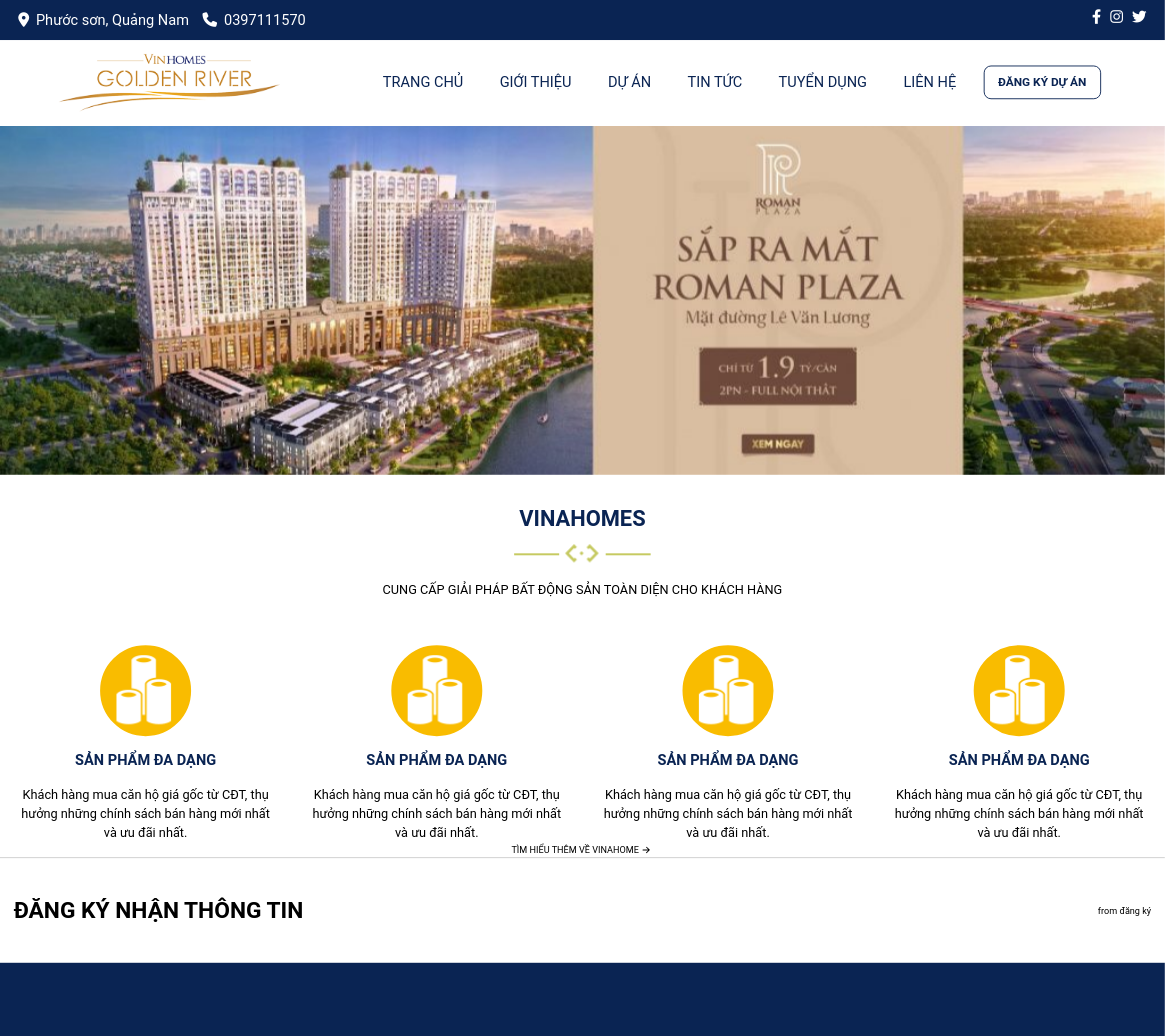
Repository: phamphuc2/fontend-bds
Page: index.html
An editor plug-in stored every save of this project. The page is shown before and after the next save, followed by the edit.
The browser window is 1280 px wide. The pictures show the part of the page from y = 0 to 1138 px (the page is 1601 px tall before and 1620 px after), at 91% of full size.
A picture or video elsewhere on the page could not be fetched, so the positions and the page height are approximate. Some web libraries are served in a nearby version.

Above is the page before, as saved 2022-06-08 15:28:29.

### index.html
<!DOCTYPE html>
<html lang="en">

<head>
    <meta charset="UTF-8">
    <meta http-equiv="X-UA-Compatible" content="IE=edge">
    <meta name="viewport" content="width=device-width, initial-scale=1.0">
    <title>BDS</title>
    <!-- linl css -->
    <link rel="stylesheet" href="libs/slick/slick.css">
    <link rel="stylesheet" href="libs/slick/slick-theme.css">
    <link rel="stylesheet" href="./assets/css/bootstrap.css">
    <link rel="stylesheet" href="./assets/css/theme.css">
    <link rel="stylesheet " href="./style.css ">
    <!-- link thư viện -->
    <link rel="stylesheet " href="https://cdnjs.cloudflare.com/ajax/libs/font-awesome/6.1.1/css/all.min.css ">
    <!-- link font -->
    <link rel="preconnect" href="https://fonts.googleapis.com">
    <link rel="preconnect" href="https://fonts.gstatic.com" crossorigin>
    <link href="https://fonts.googleapis.com/css2?family=Roboto+Flex:opsz,wght@8..144,200;8..144,300;8..144,400;8..144,500;8..144,600;8..144,700;8..144,800;8..144,900&display=swap" rel="stylesheet">
</head>

<body>
    <!-- Header -->
    <header class="header">
        <div class="header-top">
            <div class="container">
                <div class="inner">
                    <div class="box-left">
                        <div class="map">
                            <i class="fa-solid fa-location-dot"></i>
                            <span>Phước sơn, Quảng Nam</span>
                        </div>
                        <div class="phone">
                            <i class="fa-solid fa-phone"></i>
                            <span>0397111570</span>
                        </div>
                    </div>
                    <div class="box-right">
                        <ul class="list-info">
                            <li class="item">
                                <a href="">
                                    <i class="fa-brands fa-facebook-f"></i>
                                </a>
                            </li>
                            <li class="item">
                                <a href="">
                                    <i class="fa-brands fa-instagram"></i>
                                </a>
                            </li>
                            <li class="item">
                                <a href="">
                                    <i class="fa-brands fa-twitter"></i>
                                </a>
                            </li>
                        </ul>
                    </div>
                </div>
            </div>
        </div>

        <div class="header-bottom">
            <div class="container">
                <div class="inner">
                    <div class="header-bottom-left">
                        <a href="">
                            <div class="logo">
                                <img src="./assets/images/logo.png" alt="">
                            </div>
                        </a>
                    </div>
                    <div class="header-bottom-right">
                        <ul class="menu">
                            <li>
                                <a href="./index.html">Trang chủ</a>
                            </li>
                            <li>
                                <a href="./about.html">Giới Thiệu</a>
                            </li>
                            <li>
                                <a href="./taxonomy.html">Dự Án</a>
                            </li>
                            <li>
                                <a href="./taxonomy.html">Tin Tức</a>
                            </li>
                            <li>
                                <a href="./blogs.html">Tuyển Dụng</a>
                            </li>
                            <li>
                                <a href="./contact.html">Liên hệ</a>
                            </li>
                        </ul>
                        <div class="btn-project">
                            <a href="">ĐĂNG KÝ DỰ ÁN</a>
                        </div>
                    </div>

                </div>
            </div>
        </div>
    </header>
    <!-- End header -->

    <!-- slide-home -->
    <section class="slide-home">
        <div class="box-slide">
            <div class="box-item">
                <div class="img-wrap">
                    <img src="/assets/images/slide-bg-1.jpg" alt="">
                </div>
                <div class="img-wrap">
                    <img src="./assets/images/slide-bg-2.jpg" alt="">
                </div>
                <div class="img-wrap">
                    <img src="./assets/images/slide-bg-3.jpg" alt="">
                </div>

            </div>
        </div>
        <div class="arrow">
            <a class="arrow-left">
                <i class="fa-solid fa-chevron-left icon-arrow-left"></i>
            </a>
            <a class="arrow-right">
                <i class="fa-solid fa-chevron-right icon-arrow-right"></i>
            </a>
        </div>
    </section>
    <!-- end slide-home -->

    <!-- section vinahome -->
    <section class="vinahome">
        <div class="container">
            <div class="row">
               <div class="col-12">
                    <div class="inner-top">
                        <h2 class="title">VINAHOMES</h2>
                        <div class="is-drive"></div>
                        <p class="desc">CUNG CẤP GIẢI PHÁP BẤT ĐỘNG SẢN TOÀN DIỆN CHO KHÁCH HÀNG</p>
                    </div>
               </div>
               <div class="col-lg-3">
                  <div class="item">
                        <div class="icon">
                            <img src="./assets/images/icon1.png" alt="">
                        </div>
                        <div class="content">
                            <h2 class="title">SẢN PHẨM ĐA DẠNG</h2>
                        <p class="desc">Khách hàng mua căn hộ giá gốc từ CĐT, thụ hưởng những chính sách bán hàng mới nhất và ưu đãi nhất.</p>
                        </div>
                  </div>
               </div>
               <div class="col-lg-3">
                <div class="item">
                      <div class="icon">
                          <img src="./assets/images/icon1.png" alt="">
                      </div>
                      <div class="content">
                          <h2 class="title">SẢN PHẨM ĐA DẠNG</h2>
                      <p class="desc">Khách hàng mua căn hộ giá gốc từ CĐT, thụ hưởng những chính sách bán hàng mới nhất và ưu đãi nhất.</p>
                      </div>
                </div>
             </div>
             <div class="col-lg-3">
                <div class="item">
                      <div class="icon">
                          <img src="./assets/images/icon1.png" alt="">
                      </div>
                      <div class="content">
                          <h2 class="title">SẢN PHẨM ĐA DẠNG</h2>
                      <p class="desc">Khách hàng mua căn hộ giá gốc từ CĐT, thụ hưởng những chính sách bán hàng mới nhất và ưu đãi nhất.</p>
                      </div>
                </div>
             </div>
             <div class="col-lg-3">
                <div class="item">
                      <div class="icon">
                          <img src="./assets/images/icon1.png" alt="">
                      </div>
                      <div class="content">
                          <h2 class="title">SẢN PHẨM ĐA DẠNG</h2>
                      <p class="desc">Khách hàng mua căn hộ giá gốc từ CĐT, thụ hưởng những chính sách bán hàng mới nhất và ưu đãi nhất.</p>
                      </div>
                </div>
             </div>
            <div class="col-12">
                <div class="btn-learn-about">
                    <a href="">TÌM HIỂU THÊM VỀ VINAHOME</a>
                    <svg xmlns="http://www.w3.org/2000/svg" width="16" height="16" fill="currentColor" class="bi bi-arrow-right-short" viewBox="0 0 16 16">
                        <path fill-rule="evenodd" d="M4 8a.5.5 0 0 1 .5-.5h5.793L8.146 5.354a.5.5 0 1 1 .708-.708l3 3a.5.5 0 0 1 0 .708l-3 3a.5.5 0 0 1-.708-.708L10.293 8.5H4.5A.5.5 0 0 1 4 8z"/>
                      </svg>
                </div>
            </div>

            </div>
        </div>
    </section>

    <!-- end section vinahome -->


    <!-- footer -->
    <footer class="footer">
        <div class="footer-top">
            <div class="container">
                <div class="item">
                    <div class="title">ĐĂNG KÝ NHẬN THÔNG TIN</div>
                    <div class="from">
                        from đăng ký
                    </div>
                </div>
            </div>
        </div>
        <div class="footer-main">
            <div class="container">
                <div class="row">
                    <div class="col-md-6 col-lg-3">
                        <div class="footer-info">
                            <span class="title">THÔNG TIN LIÊN HỆ</span>
                            <ul class="box-info">
                                <li class="item">
                                    <i class="fa-solid fa-location-dot icon-footer"></i>
                                    <a href="" class="text">Phước Sơn, Quảng Nam</a>
                                </li>
                                <li class="item">
                                    <i class="fa-solid fa-phone icon-footer"></i>
                                    <a href="" class="text">0397111570</a>
                                </li>
                                <li class="item">
                                    <i class="fa-solid fa-envelope-open-text icon-footer"></i>
                                    <a href="" class="text">mac.convstar@gmail.com</a>
                                </li>
                                <li class="item">
                                    <i class="fa-brands fa-skype icon-footer"></i>
                                    <a href="" class="text">phamphuc</a>
                                </li>
                            </ul>
                        </div>
                    </div>
                    <div class="col-md-6 col-lg-3">
                        <div class="box-link">
                            <span class="title">LIÊN KẾT</span>
                            <ul class="item-link">
                                <li class="item">
                                    <a href="">Giới thiệu</a>
                                </li>
                                <li class="item">
                                    <a href="">Đồng hồ nam</a>
                                </li>
                                <li class="item">
                                    <a href="">Đồng hồ nữ</a>
                                </li>
                                <li class="item">
                                    <a href="">Blogs</a>
                                </li>
                                <li class="item">
                                    <a href="">Liên hệ</a>
                                </li>
                            </ul>
                        </div>
                    </div>
                    <div class="col-md-6 col-lg-3">
                        <div class="box-link">
                            <span class="title">HỖ TRỢ KHÁCH HÀNG</span>
                            <ul class="item-link">
                                <li class="item">
                                    <a href="">Hướng dẫn mua hàng</a>
                                </li>
                                <li class="item">
                                    <a href="">Hướng dẫn thanh toán</a>
                                </li>
                                <li class="item">
                                    <a href="">Chính sách bảo hành</a>
                                </li>
                                <li class="item">
                                    <a href="">Chính sách đổi trả</a>
                                </li>
                                <li class="item">
                                    <a href="">Tư vấn khách hàng</a>
                                </li>
                            </ul>
                        </div>
                    </div>
                    <div class="col-md-6 col-lg-3">
                        <div class="footer-social">
                            <span class="title">PP STORE ON SOCIAL</span>
                            <ul class="box-social">
                                <li class="item-social">
                                    <a href="">
                                        <i class="fa-brands fa-facebook-f icon-social"></i>
                                    </a>
                                </li>
                                <li class="item-social">
                                    <a href="">
                                        <i class="fa-brands fa-instagram icon-social"></i>
                                    </a>
                                </li>
                                <li class="item-social">
                                    <a href="">
                                        <i class="fa-brands fa-twitter icon-social"></i>
                                    </a>
                                </li>
                                <li class="item-social">
                                    <a href="">
                                        <i class="fa-solid fa-rss icon-social"></i>
                                    </a>
                                </li>
                                <li class="item-social">
                                    <a href="">
                                        <i class="fa-brands fa-linkedin-in icon-social"></i>
                                    </a>
                                </li>
                            </ul>
                            <span class="title">CHỨNG NHẬN PP STORE</span>
                            <div class="footer-vn_registered">
                                <img src="./assets/images/chungnhan.png" alt="">
                            </div>
                        </div>
                    </div>
                </div>
            </div>
        </div>
        <div class="footer-bottom">
            <div class="container">
                <div class="copy-right">© Bản quyền thuộc về . Thiết kế website PP Store </div>
            </div>
        </div>
    </footer>
    <!-- footer -->








    <script src="./assets/js/jquery.min.js"></script>
    <script src="libs/slick/slick.min.js"></script>
    <script src="./assets/js/theme.js"></script>
</body>

</html>

### assets/css/theme.css
:root {
    --background-header: #0A2453;
    --white-color: #ffffff;
    --yellow-copper: #f9bc00;
    --yellow-copper-hove: #ae8264;
    --red-color: #C85652;
}


/* header */

.header .header-top {
    background-color: var(--background-header);
    padding: 10px 0;
}

.header .header-top .inner {
    display: flex;
    justify-content: space-between;
}

.header .header-top .inner .box-left {
    display: flex;
    align-items: center;
}

.header .header-top .inner .box-left .fa-solid {
    font-size: 1.6rem;
    color: var(--white-color);
    margin: 0 5px;
}

.header .header-top .inner .box-left .map span,
.header .header-top .inner .box-left .phone span {
    font-size: 1.6rem;
    color: var(--white-color);
}

.header .header-top .inner .box-left .phone {
    margin: 0 10px;
}

.header .header-top .inner .box-right .list-info {
    display: flex;
    align-items: center;
}

.header .header-top .inner .box-right .list-info .fa-brands {
    font-size: 1.6rem;
    color: var(--white-color);
    margin: 0 5px;
}


.header .header-bottom {
    padding: 10px 0;
}

.header .header-bottom .inner{
    display: flex;
    align-items: center;
    justify-content: space-around;
}

.header .header-bottom .inner .header-bottom-left .logo{
    max-width: 250px;
}

.header .header-bottom .inner .header-bottom-right{
    display: flex;
    align-items: center;
}

.header .header-bottom .inner .header-bottom-right .menu {
    display: flex;
    justify-content: center;
}

.header .header-bottom .inner .header-bottom-right .menu li {
    margin: 0 20px;
}

.header .header-bottom .inner .header-bottom-right .menu li a {
    font-size: 1.6rem;
    text-transform: uppercase;
    color: var(--background-header);
}

.header .header-bottom .inner .header-bottom-right .menu li:hover a {
    color: var(--yellow-copper);
    border-bottom: solid 1px var(--yellow-copper);
    margin-bottom: 2px;
}

.header .header-bottom .inner .header-bottom-right .btn-project a{
    font-size: 1.3rem;
    padding: 10px 15px;
    color: var(--background-header);
    text-transform: uppercase;
    font-weight: 700;
    border: 1px solid var(--background-header);
    border-radius: 8px;
    margin: 0 10px;
}

.header .header-bottom .inner .header-bottom-right .btn-project a:hover{
    color: var(--white-color);
    background: var(--background-header);
}


/* End header */


/* Slide-home */

.slide-home .box-slide .box-item .img-wrap {
    padding-top: 6% !important;
}

.slide-home .box-slide .box-item .img-wrap img {
    z-index: 1;
}

.slide-home .box-slide .box-item .img-wrap .item-content .btn-slide {
    padding: 15px 20px;
    color: var(--white-color);
    font-size: 2rem;
    text-transform: uppercase;
    font-weight: 700;
    border: 1px solid var(--white-color);
    border-radius: 8px;
}

.slide-home .box-slide .box-item .img-wrap .item-content .btn-slide:hover {
    background-color: var(--yellow-copper);
}

.arrow .arrow-left {
    position: absolute;
    z-index: 1;
    top: 50%;
    border-radius: 50%;
    left: 2%;
    border: 1px solid var(--white-color);
    width: 35px;
    height: 35px;
    color: #fff;
    transform: translateX(20%);
    display: none !important;
    transition: 2s;
}

.arrow .arrow-left:hover {
    background: var(--yellow-copper);
}

.arrow .arrow-left .icon-arrow-left {
    margin: 7px 10px;
    font-size: 20px;
}

.arrow .arrow-right {
    position: absolute;
    z-index: 1;
    top: 50%;
    border-radius: 50%;
    right: 2%;
    border: 1px solid var(--white-color);
    width: 35px;
    height: 35px;
    color: #fff;
    transform: translateX(20%);
    display: none !important;
    transition: 2s;
}

.arrow .arrow-right:hover {
    background: var(--yellow-copper);
}

.arrow .arrow-right .icon-arrow-right {
    margin: 7px 10px;
    font-size: 20px;
}

.slide-home:hover .arrow .arrow-left,
.slide-home:hover .arrow .arrow-right {
    display: block !important;
    transform: translateX(0%);
    transition: 2s;
}


/* End slide-home */


/* section vinahome */

.vinahome .inner-top{
    margin: 0 auto;
    padding-bottom: 30px;
}

.vinahome .inner-top .title{
    color: var(--background-header);
    font-weight: 700;
    text-align: center;
    font-size: 2.4rem;
    margin-bottom: 10px;
}

.vinahome .inner-top .is-drive{
    background-image: url(../images/line.png);
    background-size: cover;
    background-position: center;
    background-repeat: no-repeat;
    width: 150px;
    height: 20px;
    margin: 0 auto;
}

.vinahome .inner-top .desc{
    font-size: 14px;
    margin: 20px 0;
    text-align: center;
}

.vinahome .item .icon{
    background: var(--yellow-copper);
    width: 100px;
    height: 100px;
    border: 2px solid var(--yellow-copper);
    border-radius: 50%;
    position: relative;
    margin: 0 auto;
}

.vinahome .item .icon img {
    position: absolute;
    width: 60px;
    height: 76px;
    left: 17%;
    bottom: 12%;
}

.vinahome .item .content {
    text-align: center;
}

.vinahome .item .content .title{
    color: var(--background-header);
    font-size: 1.6rem;
    margin: 15px 0;
}

.vinahome .item .content .desc{
    font-size: 1.4rem;
}

.vinahome .btn-learn-about {
    display: flex;
    justify-content: center;
}



/* end section vinahome */


/* footer */

.footer .footer-top {
    border-top: 1px solid #ccc;
    padding: 3% 0;
}

.footer .footer-top .item {
    display: flex;
    justify-content: space-between;
    align-items: center;
}

.footer .footer-top .title {
    font-size: 2.5rem;
    font-weight: 700;
    text-transform: uppercase;
}

.footer .footer-main {
    padding: 100px 0;
    background-color: var(--background-header);
}

.footer .footer-main .footer-info .title,
.footer .footer-main .box-link .title,
.footer .footer-main .footer-social .title {
    font-size: 2rem;
    text-transform: uppercase;
    color: var(--white-color);
    margin-bottom: 20px;
    display: block;
}

.footer .footer-main .footer-info .box-info {
    margin: 30px 0;
}

.footer .footer-main .footer-info .item {
    display: flex;
    align-items: center;
    margin: 10px 0;
}

.footer .footer-main .footer-info .item .icon-footer {
    color: var(--white-color);
    font-size: 1.4rem;
    margin: 0 10px;
}

.footer .footer-main .footer-info .item .text {
    color: var(--white-color);
    font-size: 1.4rem;
}

.footer .footer-main .footer-social .box-social {
    display: flex;
    margin-bottom: 30px;
}

.footer .footer-main .footer-social .item-social {
    border: 1px solid var(--white-color);
    width: 40px;
    height: 35px;
    padding: 10px;
    margin: 0 5px;
    color: var(--white-color);
}

.footer .footer-main .footer-social .footer-vn_registered img {
    max-width: 150px;
}

.footer .footer-main .footer-social .item-social:hover {
    background: var(--yellow-copper);
}

.footer .footer-main .footer-social .item-social .icon-social {
    font-size: 15px;
    margin: 0 4px;
    color: var(--white-color);
}

.footer .footer-main .item-link .item {
    margin: 10px 0;
}

.footer .footer-main .item-link .item a {
    color: var(--white-color);
    font-size: 1.4rem;
}

.footer .footer-main .item-link .item a:hover {
    color: var(--yellow-copper);
}

.footer .footer-bottom {
    background-color: var(--background-header);
    border-top: 1px solid #ccc;
    padding: 20px 0;
}

.footer .footer-bottom .copy-right {
    font-size: 1.4rem;
    color: var(--white-color);
    text-align: center;
}


/* End footer */

Loaded but not shown: libs/slick/slick.css (common file); libs/slick/slick-theme.css (library); assets/css/bootstrap.css (library); assets/js/jquery.min.js (library); libs/slick/slick.min.js (library); assets/js/theme.js (88 lines, source omitted); style.css (178 lines, source omitted)

After the next save:
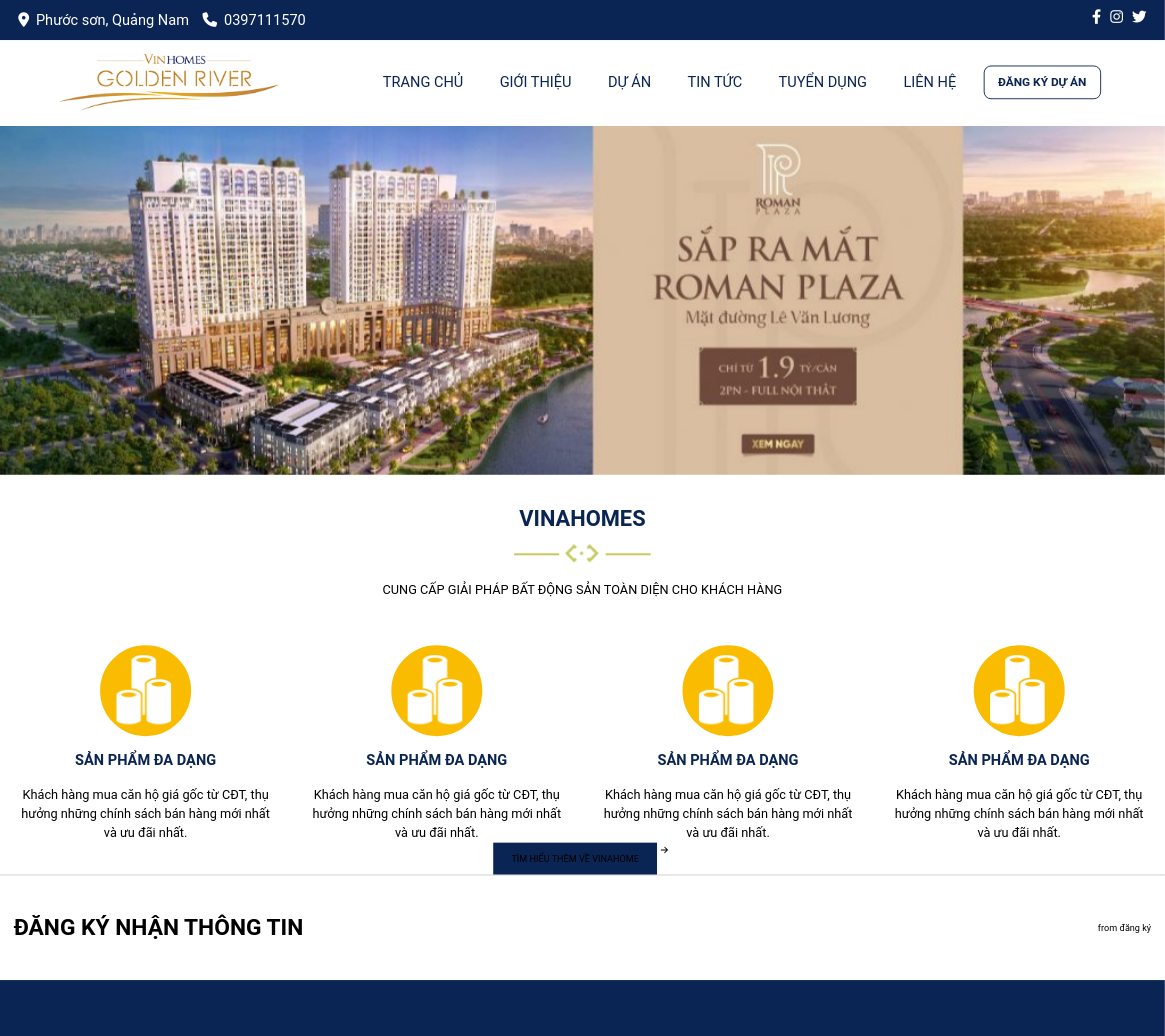
Saved 32 s later.
--- a/assets/css/theme.css
+++ b/assets/css/theme.css
@@ -263,6 +263,11 @@
     justify-content: center;
 }
 
+.vinahome .btn-learn-about a{
+    padding: 10px 20px;
+    background: var(--background-header);
+}
+
 
 
 /* end section vinahome */
